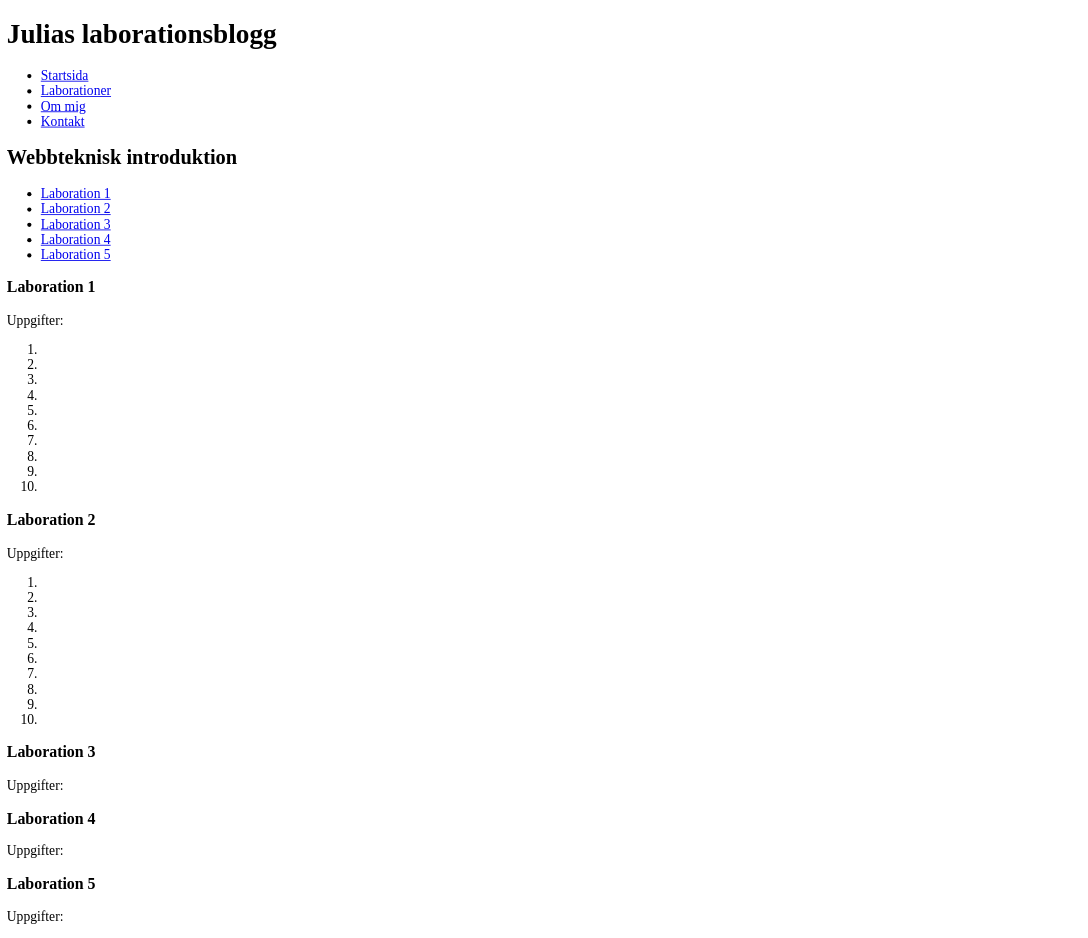
Repository: jk222rp/1ik415-laborationer-2014
Page: pages/laborationer.html
The author's editor kept a record of every edit. The page is drawn from the files as they stood at one moment, then again after the next edit.
The browser window is 1280 px wide. The pictures show the whole page, at 85% of full size.

Above is the page before.

After the next edit:
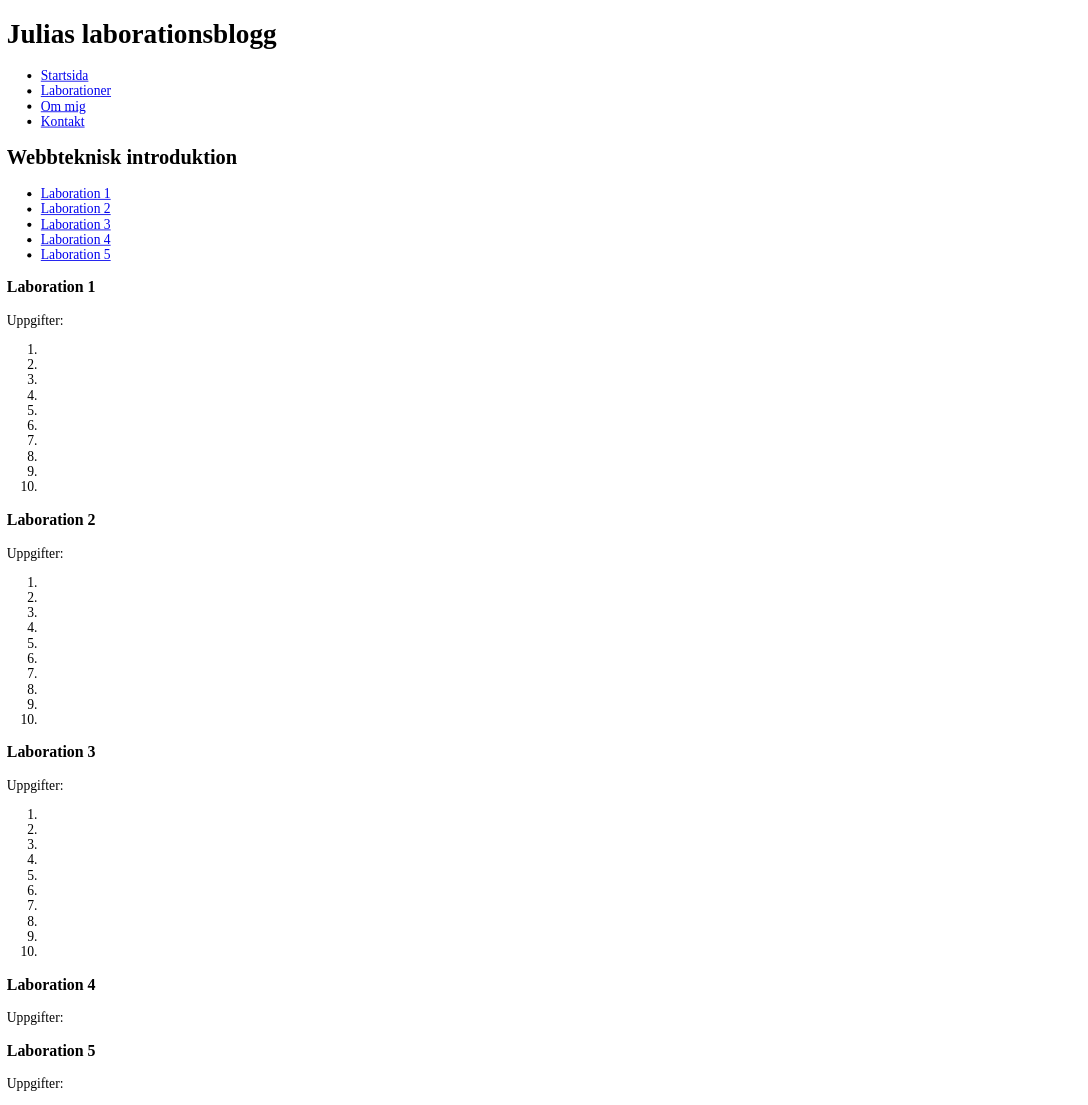
The edit:
--- a/pages/laborationer.html
+++ b/pages/laborationer.html
@@ -59,6 +59,18 @@
 
         <h3 id="Lab3">Laboration 3</h3>
         <p>Uppgifter:</p>
+        <ol>
+            <li></li>
+            <li></li>
+            <li></li>
+            <li></li>
+            <li></li>
+            <li></li>
+            <li></li>
+            <li></li>
+            <li></li>
+            <li></li>
+        </ol>
 
         <h3 id="Lab4">Laboration 4</h3>
         <p>Uppgifter:</p>
